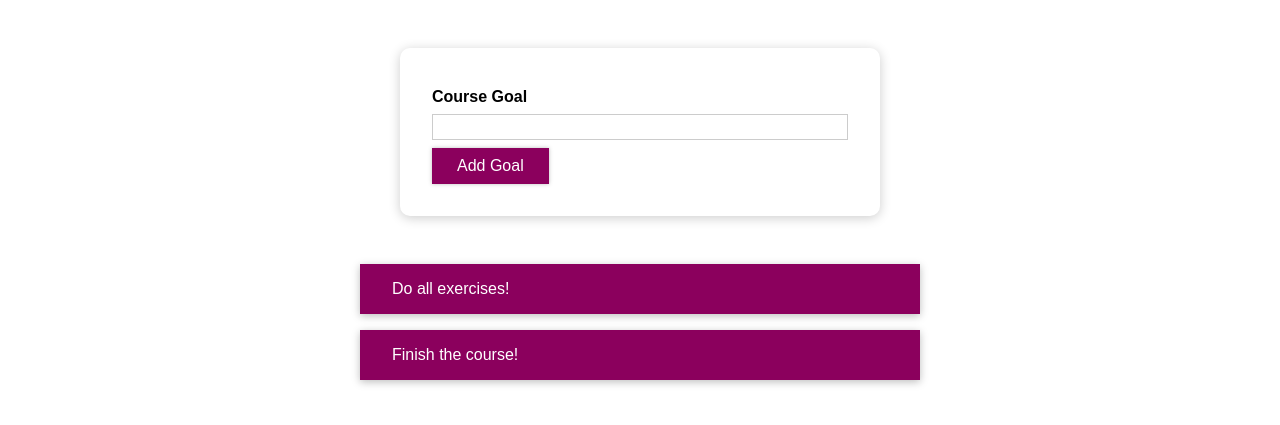
Repository: Roybrussel/react-styling-components
Page: /
The author's editor kept a copy of each file at every save. The page is drawn from the files as they stood at one save, then again after the next save.
The browser window is 1280 px wide. The pictures show the whole page.
The project was rebuilt for these pictures with package versions that can differ from the ones it lists, and the page was loaded fresh each time.

Above is the page before, as saved 2021-05-07 11:33:54.

### src/components/CourseGoals/CourseInput/CourseInput.js
import React, { useState } from 'react';

import Button from '../../UI/Button/Button';
import './CourseInput.css';

const CourseInput = (props) => {
	const [
		enteredValue,
		setEnteredValue
	] = useState('');
	const [
		isValid,
		setIsValid
	] = useState(true);

	const goalInputChangeHandler = (event) => {
		setEnteredValue(event.target.value);
	};

	const formSubmitHandler = (event) => {
		event.preventDefault();
		if (enteredValue.trim().length === 0) {
			setIsValid(false);
			return;
		}
		props.onAddGoal(enteredValue);
	};

	return (
		<form onSubmit={formSubmitHandler}>
			<div className="form-control">
				<label style={{ color: !isValid ? 'red' : 'black' }}>Course Goal</label>
				<input type="text" onChange={goalInputChangeHandler} />
			</div>
			<Button type="submit">Add Goal</Button>
		</form>
	);
};

export default CourseInput;

Loaded but not shown: public/index.html (common file); src/index.js (common file); src/index.css (common file); src/App.js (common file); src/components/CourseGoals/CourseGoalList/CourseGoalList.js (common file); src/App.css (common file); src/components/CourseGoals/CourseGoalItem/CourseGoalItem.js (common file); src/components/CourseGoals/CourseGoalList/CourseGoalList.css (common file); src/components/UI/Button/Button.js (common file); src/components/CourseGoals/CourseInput/CourseInput.css (common file); src/components/CourseGoals/CourseGoalItem/CourseGoalItem.css (common file); src/components/UI/Button/Button.css (common file)

After the next save:
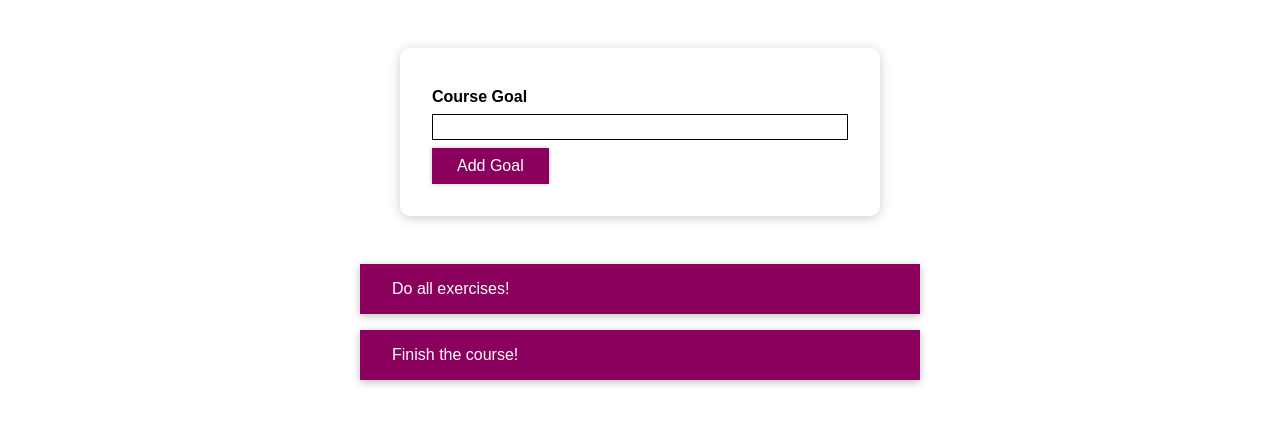
Saved 42 s later.
--- a/src/components/CourseGoals/CourseInput/CourseInput.js
+++ b/src/components/CourseGoals/CourseInput/CourseInput.js
@@ -30,7 +30,11 @@
 		<form onSubmit={formSubmitHandler}>
 			<div className="form-control">
 				<label style={{ color: !isValid ? 'red' : 'black' }}>Course Goal</label>
-				<input type="text" onChange={goalInputChangeHandler} />
+				<input
+					style={{ borderColor: !isValid ? 'red' : 'black' }}
+					type="text"
+					onChange={goalInputChangeHandler}
+				/>
 			</div>
 			<Button type="submit">Add Goal</Button>
 		</form>

After the 2 saves that followed:
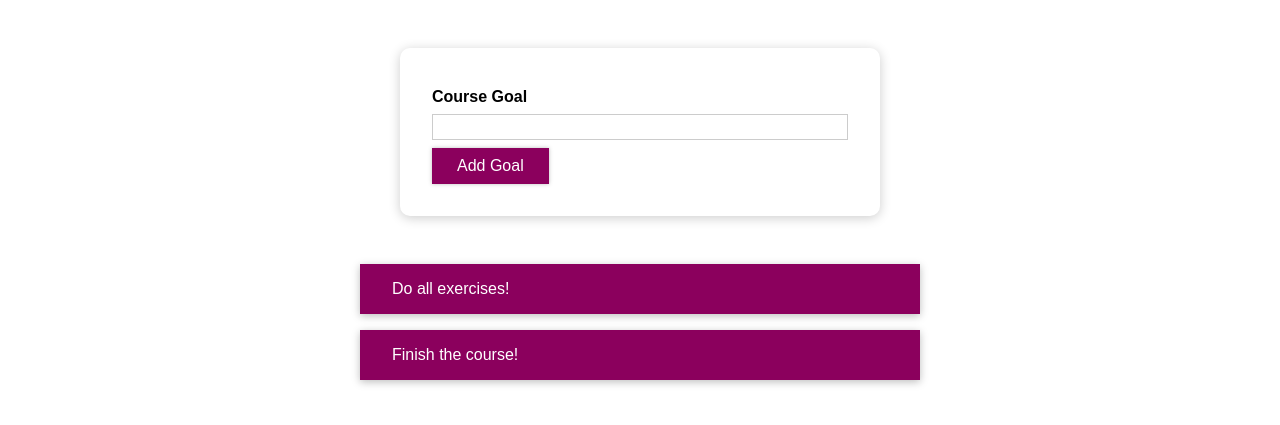
The 2 saves are shown as one change because 1 left the picture as it was.
The last was saved 111 s later.
--- a/src/components/CourseGoals/CourseInput/CourseInput.js
+++ b/src/components/CourseGoals/CourseInput/CourseInput.js
@@ -31,7 +31,7 @@
 			<div className="form-control">
 				<label style={{ color: !isValid ? 'red' : 'black' }}>Course Goal</label>
 				<input
-					style={{ borderColor: !isValid ? 'red' : 'black' }}
+					style={{ borderColor: !isValid ? 'red' : '#ccc', background: !isValid ? 'salmon' : 'transparent' }}
 					type="text"
 					onChange={goalInputChangeHandler}
 				/>
